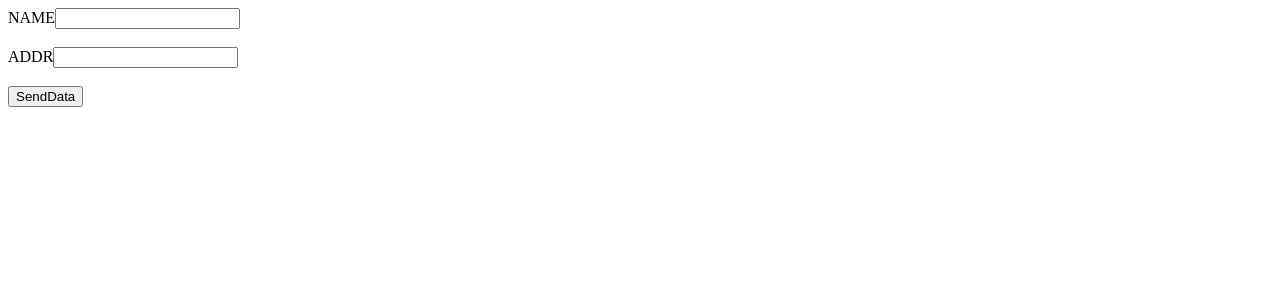
Repository: Migorithm/front_work
Page: front05_JQuery/src/main/webapp/2_function/jq04_val.html
An editor plug-in stored every save of this project. The page is shown before and after the next save, followed by the edit.
The browser window is 1280 px wide. The pictures show the whole page.

Above is the page before, as saved 2021-09-03 03:19:53.

### front05_JQuery/src/main/webapp/2_function/jq04_val.html
<!DOCTYPE html>
<html>
<head>
<meta charset="UTF-8">
<title>Insert title here</title>
<style type="text/css"></style>
</head>

<script src="https://ajax.googleapis.com/ajax/libs/jquery/3.6.0/jquery.min.js"></script>
<script>
	$(function(){

		});
</script>


<body>
<form action="jq04_result.jsp" method="get">
	NAME<input type="text" name="userName"><br/><br/>
	ADDR<input type="text" name="userAddr"><br/><br/>
	<input type="submit" value="SendData">
</form>
</body>
</html>

After the next save:
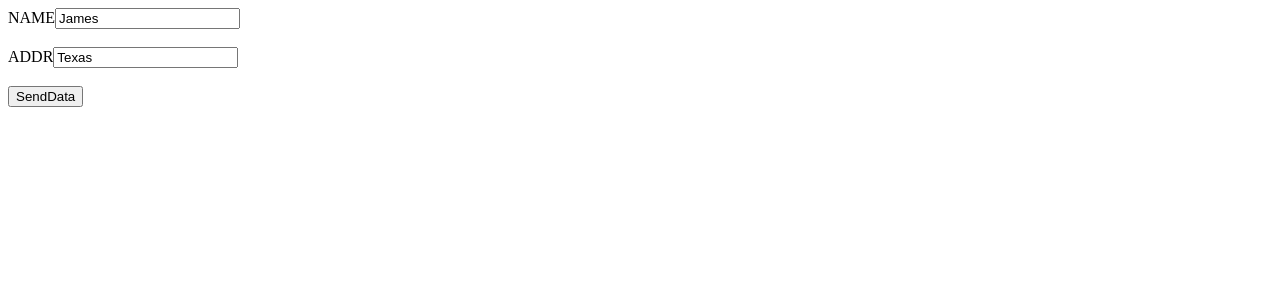
Saved 97 s later.
--- a/front05_JQuery/src/main/webapp/2_function/jq04_val.html
+++ b/front05_JQuery/src/main/webapp/2_function/jq04_val.html
@@ -9,6 +9,9 @@
 <script src="https://ajax.googleapis.com/ajax/libs/jquery/3.6.0/jquery.min.js"></script>
 <script>
 	$(function(){
+		//각각의 입력폼을 선택자로 지정...
+		$('input:eq(0)').val("James");
+		$('input[name=userAddr]').val('Texas');
 
 		});
 </script>
